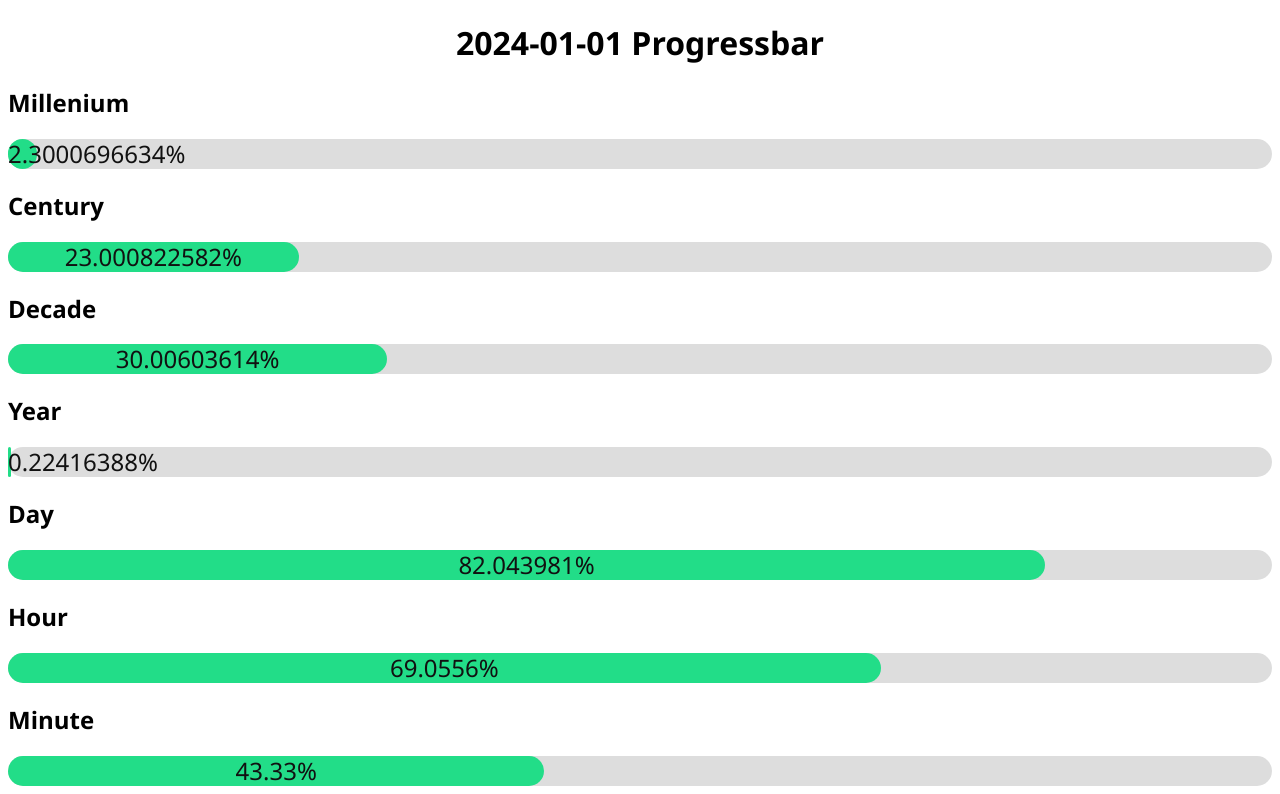
Repository: end888160/end888160.github.io
Page: progress_clock2.html
An editor plug-in stored every save of this project. The page is shown before and after the next save, followed by the edit.
The browser window is 1280 px wide. The pictures show the whole page.

Above is the page before, as saved 2024-09-22 14:47:10.

After the next save:
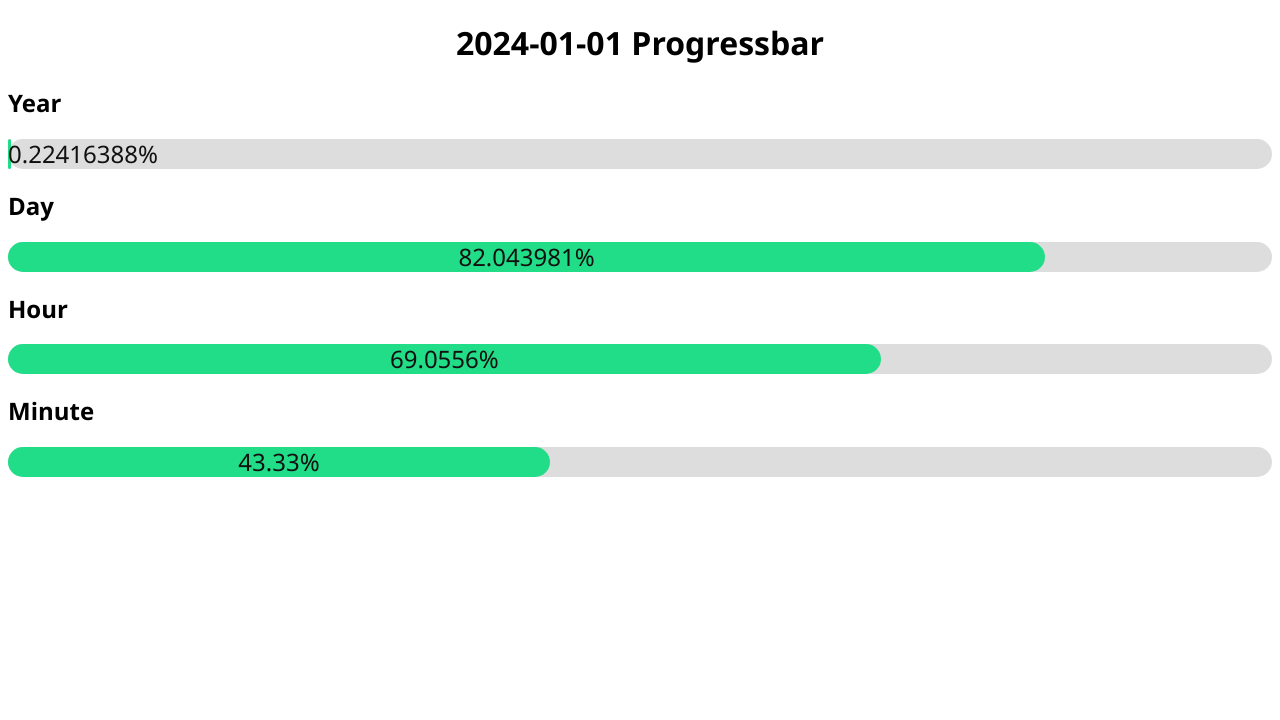
Saved 5 min 59 s later.
--- a/progress_clock2.html
+++ b/progress_clock2.html
@@ -1,6 +1,5 @@
 <!DOCTYPE html>
 <html>
-	<title>Progressbar Clock</title>
 <style>
 	html {
 		font-family: 'Segoe UI', Tahoma, Geneva, Verdana, sans-serif;
@@ -12,7 +11,7 @@
 }
 
 .countDownBar {
-	width: 0%;
+	width: 10%;
 	height: 30px;
 	background-color: #2d8;
 	text-align: center;
@@ -20,7 +19,7 @@
 	color: #111;
 	border-radius:1cm;
 	font-size: x-large;
-	transition:ease 0.5s;
+	transition:ease 0.33s;
 	cursor: wait;
 }
 	@media (prefers-color-scheme: dark) {
@@ -44,140 +43,11 @@
 			padding-top: 2%;
 		}
 	}
-	@media only screen and (orientation: portrait) {
-		.countDownBar {
-			height: 50px;
-			font-size: xx-large;
-			padding-top: 2%;
-		}
-		h1 {
-			font-size: 8vw;
-		}
-		h2 {
-			font-size: 6vw;
-		}
-	}
+
 </style>
 <body>
 
 <h1 id="caption" style="text-align: center;"></h1>
-
-<h2>Millenium</h2>
-<div id="millenium" class="countDownProgress">
-	<div id="Millenium" class="countDownBar"></div>
-</div>
-<script>
-	var i=0
-function progress() {
-	if (i == 0) {
-		i = 1;
-		var elem = document.getElementById("Millenium");
-		var width = 0;
-		function frame() {
-			var countDownTarget = Math.floor(new Date().getFullYear()/1000+1)*1000 +1;
-			var countDownPast = Math.floor(new Date().getFullYear()/1000)*1000 +1;
-
-			var empty = new Date().getTime() - new Date("Jan 1, " + countDownPast + " 00:00:00").getTime();
-			var full = new Date("Jan 1, " + countDownTarget + " 00:00:00").getTime() - new Date("Jan 1, " + countDownPast + " 00:00:00").getTime();
-
-			if (( empty / full ) >= 101) {
-				clearInterval(id);
-				i = 0;
-			} else {
-				elem.style.width = ( empty / full *100).toFixed(10) + "%";
-				elem.innerHTML = ( empty / full *100 ).toFixed(10)  + "%";
-			}
-		}
-
-	setInterval(frame, 50);
-	}
-
-}
-function count() {
-	progress();
-	setTimeout(count, 1)
-}
-count()
-</script>
-
-<h2>Century</h2>
-<div id="century" class="countDownProgress">
-	<div id="Century" class="countDownBar"></div>
-</div>
-<script>
-	var i=0
-function progress() {
-	if (i == 0) {
-		i = 1;
-		var elem = document.getElementById("Century");
-		var width = 0;
-		function frame() {
-			var countDownTarget = Math.floor(new Date().getFullYear()/100+1)*100 +1;
-			var countDownPast = Math.floor(new Date().getFullYear()/100)*100 +1;
-
-			var empty = new Date().getTime() - new Date("Jan 1, " + countDownPast + " 00:00:00").getTime();
-			var full = new Date("Jan 1, " + countDownTarget + " 00:00:00").getTime() - new Date("Jan 1, " + countDownPast + " 00:00:00").getTime();
-
-			if (( empty / full ) >= 101) {
-				clearInterval(id);
-				i = 0;
-			} else {
-				elem.style.width = ( empty / full *100).toFixed(9) + "%";
-				elem.innerHTML = ( empty / full *100 ).toFixed(9)  + "%";
-			}
-		}
-
-	setInterval(frame, 50);
-	}
-
-}
-function count() {
-	progress();
-	setTimeout(count, 1)
-}
-count()
-</script>
-
-
-<h2>Decade</h2>
-<div id="decade" class="countDownProgress">
-	<div id="Decade" class="countDownBar"></div>
-</div>
-<script>
-	var i=0
-function progress() {
-	if (i == 0) {
-		i = 1;
-		var elem = document.getElementById("Decade");
-		var width = 0;
-		function frame() {
-			var countDownTarget = Math.floor(new Date().getFullYear()/10+1)*10 +1;
-			var countDownPast = Math.floor(new Date().getFullYear()/10)*10 +1;
-
-			var empty = new Date().getTime() - new Date("Jan 1, " + countDownPast + " 00:00:00").getTime();
-			var full = new Date("Jan 1, " + countDownTarget + " 00:00:00").getTime() - new Date("Jan 1, " + countDownPast + " 00:00:00").getTime();
-
-			if (( empty / full ) >= 101) {
-				clearInterval(id);
-				i = 0;
-			} else {
-				elem.style.width = ( empty / full *100).toFixed(8) + "%";
-				elem.innerHTML = ( empty / full *100 ).toFixed(8)  + "%";
-			}
-		}
-
-	setInterval(frame, 50);
-	}
-
-}
-function count() {
-	progress();
-	setTimeout(count, 1)
-}
-count()
-</script>
-
-
 
 <h2>Year</h2>
 <div id="year" class="countDownProgress">
